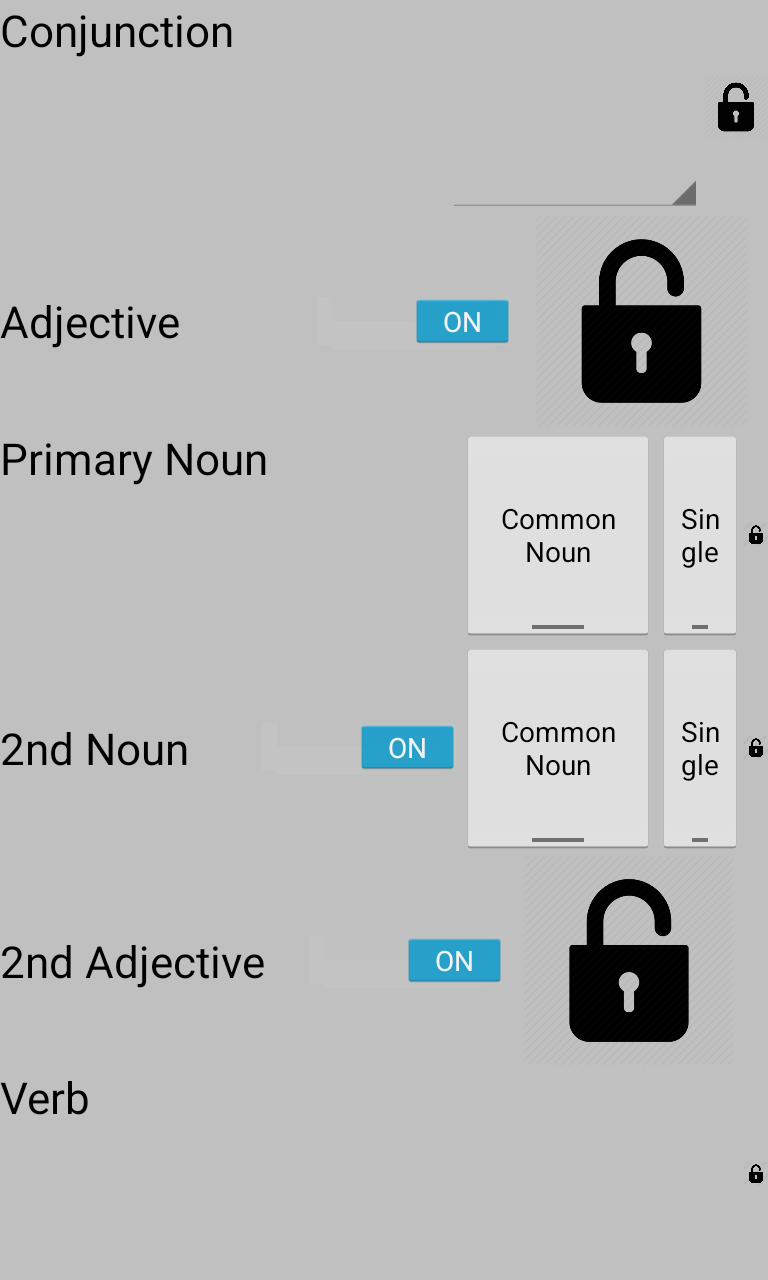
Repository: TheDizzler/TableTopTools
Layout: RPGTools/res/layout/fragment_cause_controls.xml
An editor plug-in stored every save of this project. The layout is shown before and after the next save, followed by the edit.
It is drawn on a 768 x 1280 px phone screen (xhdpi) without system bars, with theme AppTheme; the app's code is not run.

Above is the layout before, as saved 2017-03-22 09:29:26.

### RPGTools/res/layout/fragment_cause_controls.xml
<?xml version="1.0" encoding="utf-8"?>
<TableLayout xmlns:android="http://schemas.android.com/apk/res/android"
    android:layout_width="match_parent"
    android:layout_height="match_parent"
    android:background="#C0C0C0"
    android:measureWithLargestChild="true"
    android:orientation="vertical"
    android:dividerPadding="10dp"
    android:showDividers="beginning"
    android:weightSum="6" >

    <TableRow
        android:id="@+id/tableRow1_conjunction"
        android:layout_width="match_parent"
        android:layout_height="wrap_content"
        android:showDividers="beginning"
        android:dividerPadding="10dp"
        android:layout_weight="1">

        <TextView
            android:id="@+id/textView1"
            android:layout_height="match_parent"
            android:layout_width="wrap_content"
            android:layout_weight="1"
            android:layout_span="1"
            android:text="Conjunction"
            android:textAppearance="?android:attr/textAppearanceLarge" />

        <Spinner
            android:id="@+id/spinner_Conjunctions"
            android:layout_width="wrap_content"
            android:layout_height="match_parent"
            android:layout_weight="1"
            android:layout_span="2" />

        <ImageView
            android:id="@+id/lockBtn_conj"
            android:layout_width="32dp"
            android:layout_height="match_parent"
            android:src="@drawable/unlocked"
            android:layout_weight="1"
            android:layout_span="1" />
    </TableRow>

    <TableRow
        android:id="@+id/tableRow2_primaryAdj"
        android:layout_width="match_parent"
        android:layout_height="wrap_content"
        android:layout_weight="1"
        android:weightSum="2" >

        <Switch
            android:id="@+id/switch_primaryAdjective"
            android:layout_width="wrap_content"
            android:layout_height="match_parent"
            android:layout_weight="1"
            android:layout_span="1"
            android:checked="true"
            android:text="Adjective"
            android:textAppearance="?android:attr/textAppearanceLarge" />

        <ImageView
            android:id="@+id/lockBtn_primaryAdj"
            android:layout_width="32dp"
            android:layout_height="match_parent"
            android:layout_weight="1"
            android:src="@drawable/unlocked"
            android:layout_span="1" />
    </TableRow>

    <TableRow
        android:id="@+id/tableRow3_primaryNoun"
        android:layout_width="match_parent"
        android:layout_height="wrap_content"
        android:layout_weight="1"
        android:weightSum="4" >

        <TextView
            android:id="@+id/textView3"
            android:layout_width="wrap_content"
            android:layout_height="match_parent"
            android:layout_weight="1"
            android:layout_span="1"
            android:text="Primary Noun"
            android:textAppearance="?android:attr/textAppearanceLarge" />

        <ToggleButton
            android:id="@+id/toggleBtn_primaryNounProper"
            android:layout_width="wrap_content"
            android:layout_height="match_parent"
            android:layout_weight="1"
            android:layout_span="1"
            android:textOff="Common Noun"
            android:textOn="Proper Noun" />

        <ToggleButton
            android:id="@+id/toggleBtn_primaryNounPlural"
            android:layout_width="wrap_content"
            android:layout_height="match_parent"
            android:layout_weight="1"
            android:layout_span="1"
            android:textOff="Single"
            android:textOn="Plural" />

        <ImageView
            android:id="@+id/lockBtn_primaryNoun"
            android:layout_width="32dp"
            android:layout_height="match_parent"
            android:layout_weight="1"
            android:layout_span="1"
            android:src="@drawable/unlocked" />
    </TableRow>

    <TableRow
        android:id="@+id/tableRow4_secondaryNoun"
        android:layout_width="match_parent"
        android:layout_height="wrap_content"
        android:layout_weight="1"
        android:weightSum="4" >

        <Switch
            android:id="@+id/switch_secondaryNoun"
            android:layout_width="wrap_content"
            android:layout_height="match_parent"
            android:layout_weight="1"
            android:layout_span="1"
            android:checked="true"
            android:text="2nd Noun"
            android:textAppearance="?android:attr/textAppearanceLarge" />

        <ToggleButton
            android:id="@+id/toggleBtn_secondaryNounProper"
            android:layout_width="wrap_content"
            android:layout_height="match_parent"
            android:layout_weight="1"
            android:layout_span="1"
            android:textOff="Common Noun"
            android:textOn="Proper Noun" />

        <ToggleButton
            android:id="@+id/toggleBtn_secondaryNounPlural"
            android:layout_width="wrap_content"
            android:layout_height="match_parent"
            android:layout_weight="1"
            android:layout_span="1"
            android:textOff="Single"
            android:textOn="Plural" />

        <ImageView
            android:id="@+id/lockBtn_secondaryNoun"
            android:layout_width="32dp"
            android:layout_height="match_parent"
            android:layout_weight="1"
            android:layout_span="1"
            android:src="@drawable/unlocked" />
    </TableRow>

    <TableRow
        android:id="@+id/tableRow5_secondaryAdj"
        android:layout_width="match_parent"
        android:layout_height="wrap_content"
        android:layout_weight="1"
        android:weightSum="4" >

        <Switch
            android:id="@+id/switch_secondaryAdjective"
            android:layout_width="wrap_content"
            android:layout_height="match_parent"
            android:layout_weight="1"
            android:layout_span="1"
            android:checked="true"
            android:text="2nd Adjective"
            android:textAppearance="?android:attr/textAppearanceLarge" />

        <ImageView
            android:id="@+id/lockBtn_secondaryAdjective"
            android:layout_width="32dp"
            android:layout_height="match_parent"
            android:layout_weight="1"
            android:layout_span="1"
            android:src="@drawable/unlocked" />
    </TableRow>

    <TableRow
        android:id="@+id/tableRow6_causeVerb"
        android:layout_width="match_parent"
        android:layout_height="wrap_content"
        android:layout_weight="1"
        android:weightSum="4" >

        <TextView
            android:id="@+id/textView_causeVerb"
            android:layout_width="wrap_content"
            android:layout_height="match_parent"
            android:text="Verb"
            android:layout_weight="1"
            android:layout_span="3"
            android:textAppearance="?android:attr/textAppearanceLarge" />

        <ImageView
            android:id="@+id/lockBtn_causeVerb"
            android:layout_width="32dp"
            android:layout_height="match_parent"
            android:layout_weight="1"
            android:layout_span="1"
            android:src="@drawable/unlocked" />
    </TableRow>

</TableLayout>

Loaded but not shown: RPGTools/res/values/styles.xml (common file); RPGTools/res/values-v11/styles.xml (common file); RPGTools/res/values-v14/styles.xml (common file)

After the next save:
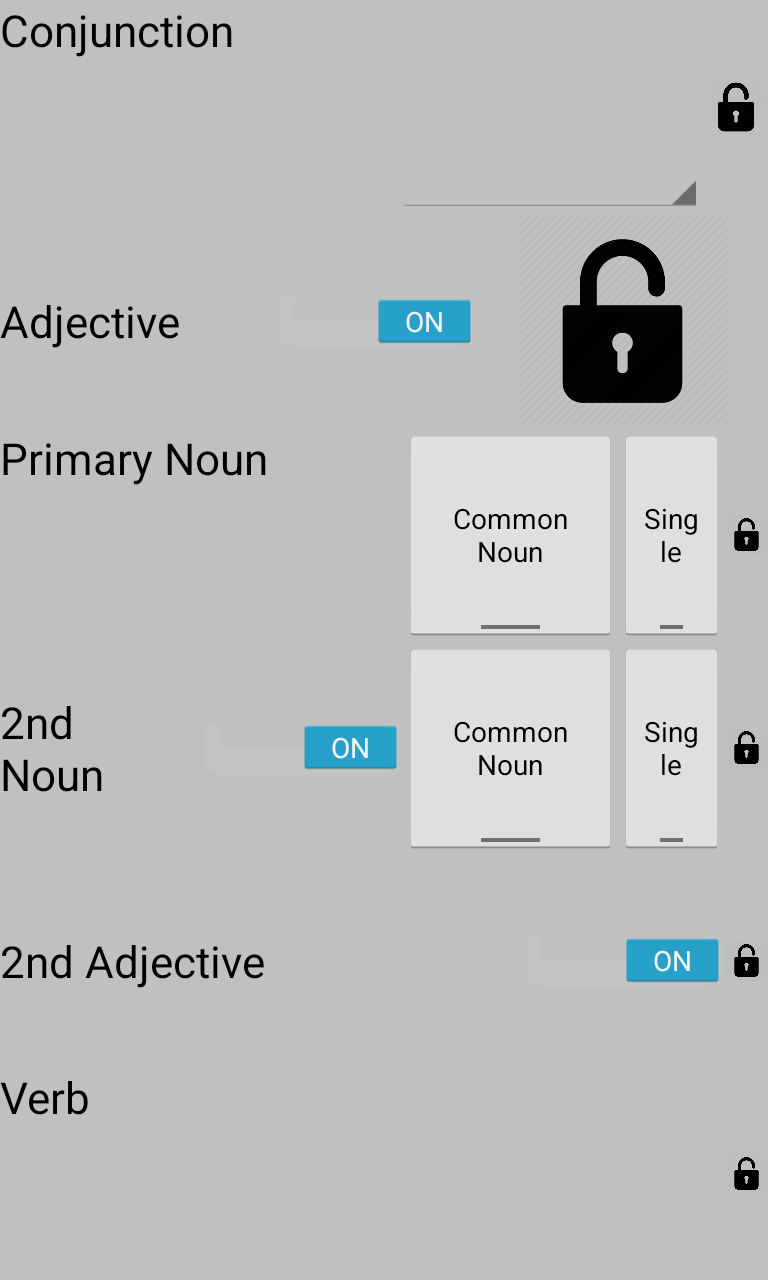
Saved 23 s later.
--- a/RPGTools/res/layout/fragment_cause_controls.xml
+++ b/RPGTools/res/layout/fragment_cause_controls.xml
@@ -167,7 +167,7 @@
             android:layout_width="wrap_content"
             android:layout_height="match_parent"
             android:layout_weight="1"
-            android:layout_span="1"
+            android:layout_span="3"
             android:checked="true"
             android:text="2nd Adjective"
             android:textAppearance="?android:attr/textAppearanceLarge" />
